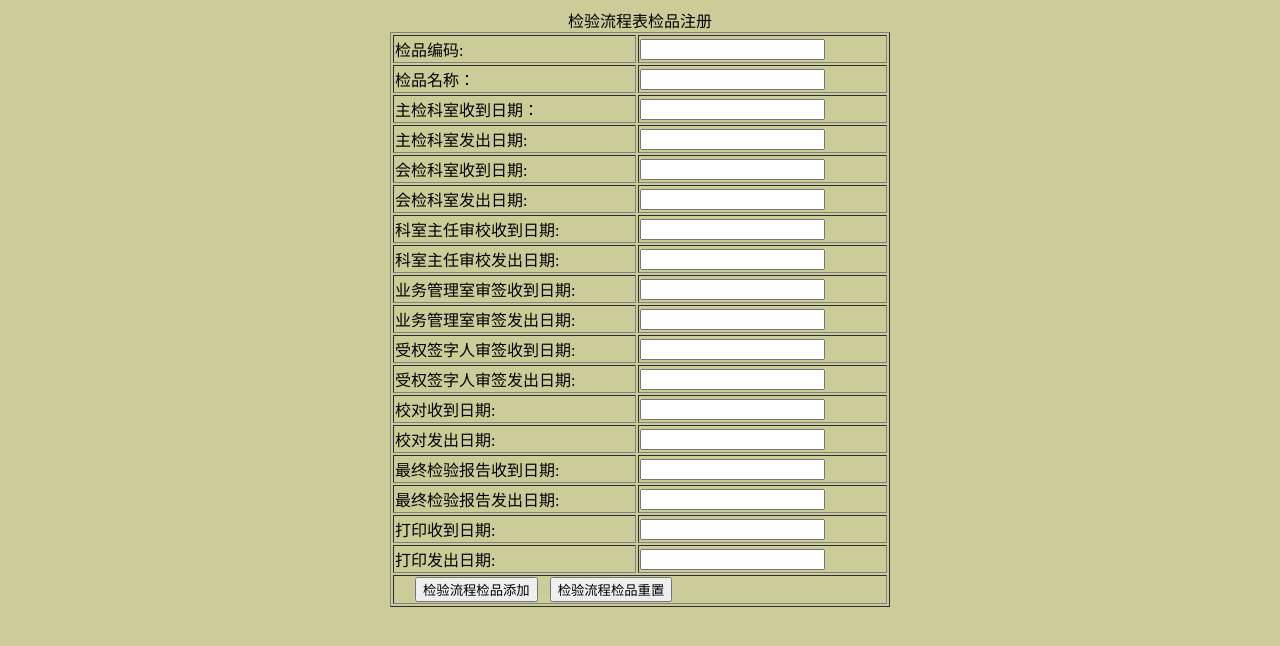
Repository: Shaoxubao/Java
Page: http://localhost/msm/jsp/sample/add_sampleflow.jsp
The author's editor kept a copy of each file at every save. The page is drawn from the files as they stood at one save, then again after the next save.
The browser window is 1280 px wide. The pictures show the whole page.
The page is served by Tomcat 9. Nobody is signed in. The application's start-up code is not run. The template is opened directly, without the code that normally fills it, so the values that code supplies are empty.

Above is the page before, as saved 2015-06-10 08:34:10.

After the next save:
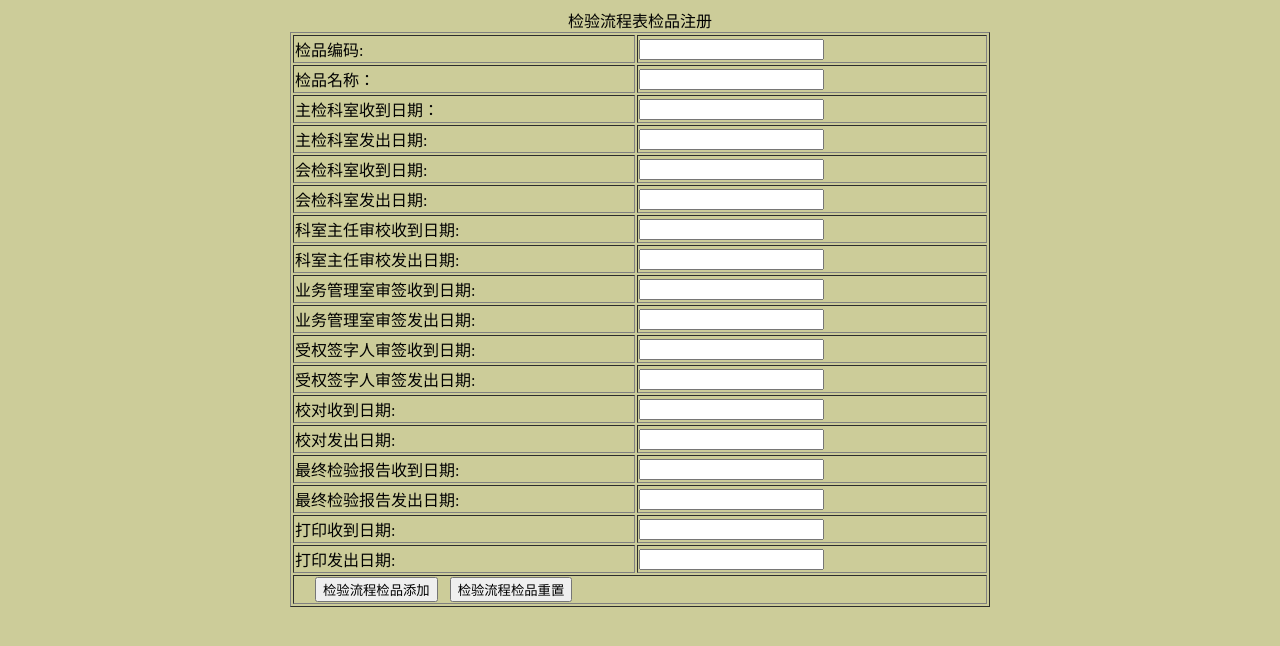
Saved 21 s later.
--- a/msm/WebContent/jsp/sample/add_sampleflow.jsp
+++ b/msm/WebContent/jsp/sample/add_sampleflow.jsp
@@ -10,7 +10,7 @@
 <body bgcolor="#CCCC99">
     <div align="center">检验流程表检品注册</div>
     <sf:form method="post" modelAttribute="sampleFlow">
-        <table align="center" width="500" border="1">
+        <table align="center" width="700" border="1">
             <tr>
                 <td>检品编码:</td><td><sf:input path="sampleNo" /><sf:errors path="sampleNo"/></td>
             </tr>
